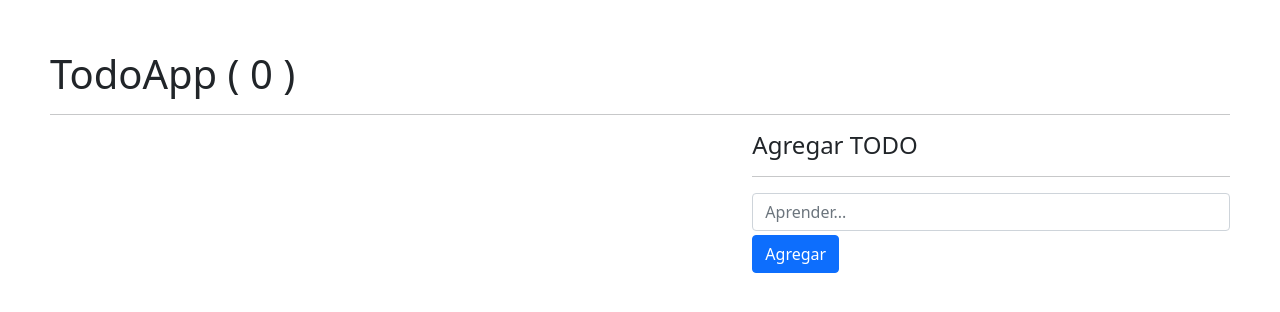
Repository: FlamesAlejandro/practicaReact
Page: /
An editor plug-in stored every save of this project. The page is shown before and after a run of saves, followed by the edit.
The browser window is 1280 px wide. The pictures show the whole page.
The project was rebuilt for these pictures with package versions that can differ from the ones it lists, and the page was loaded fresh each time. Also part of the build but not shown: src/components/08-useReducer/TodoListItem.js.

Above is the page before, as saved 2021-06-05 04:31:14.

After the next 3 saves:
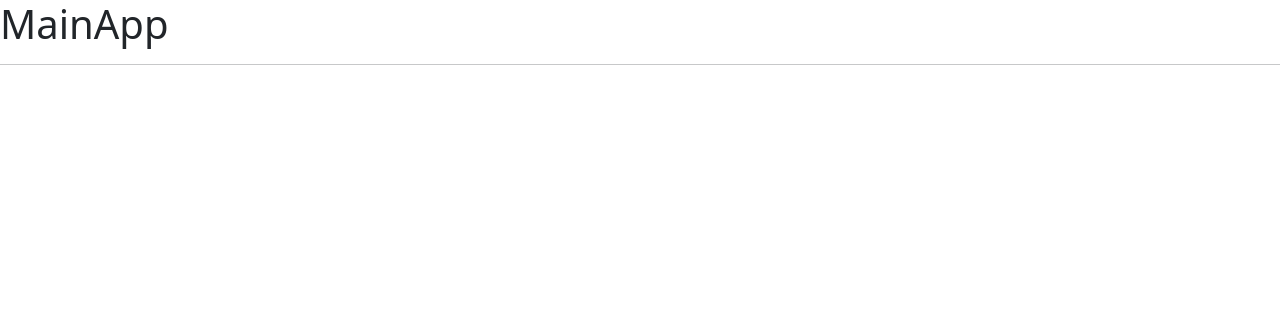
The 3 saves are shown as one change because 1 did not build or start and some came seconds apart.
The last was saved 108 s later.
--- a/src/index.js
+++ b/src/index.js
@@ -1,6 +1,7 @@
 import React from 'react';
 import ReactDOM from 'react-dom';
-import { TodoApp } from './components/08-useReducer/TodoApp';
+import { MainApp } from './components/09-useContext/MainApp';
+// import { TodoApp } from './components/08-useReducer/TodoApp';
 // import { MemoHook } from './components/06-memos/MemoHook';
 // import { RealExampleRef } from './components/04-useRef/RealExampleRef';
 // import { Layout } from './components/05-useLayoutEffect/LayoutEffect';
@@ -16,7 +17,7 @@ import { TodoApp } from './components/08-useReducer/TodoApp';
 
 ReactDOM.render(
 
-    <TodoApp />,
+    <MainApp />,
 
   document.getElementById('root')
 );
